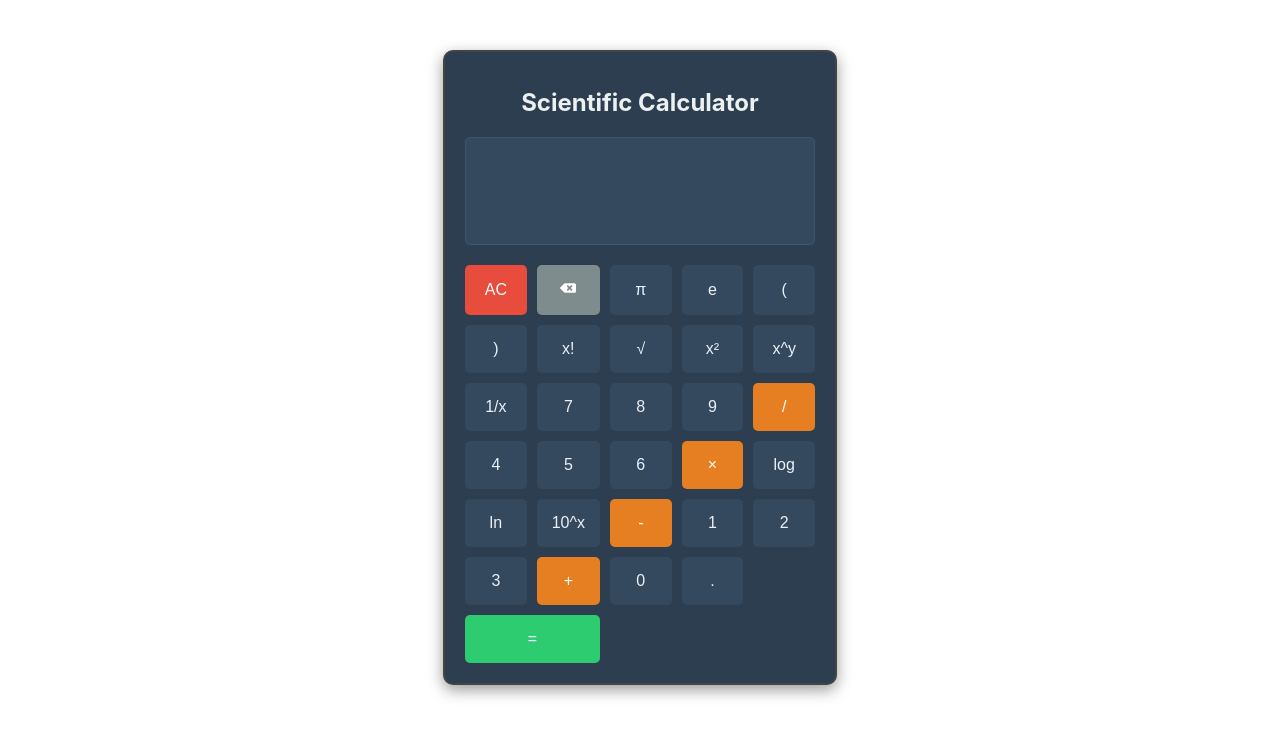
Repository: thesaherriaz/Calculator-React
Page: /
These files come from the project's save history. The page is drawn as it stood at one moment and after the next save; the edit follows.
The browser window is 1280 px wide. The pictures show the whole page.
The project was rebuilt for these pictures with package versions that can differ from the ones it lists, and the page was loaded fresh each time.

Above is the page before, as saved 2025-06-20 12:41:54.

After the next save:
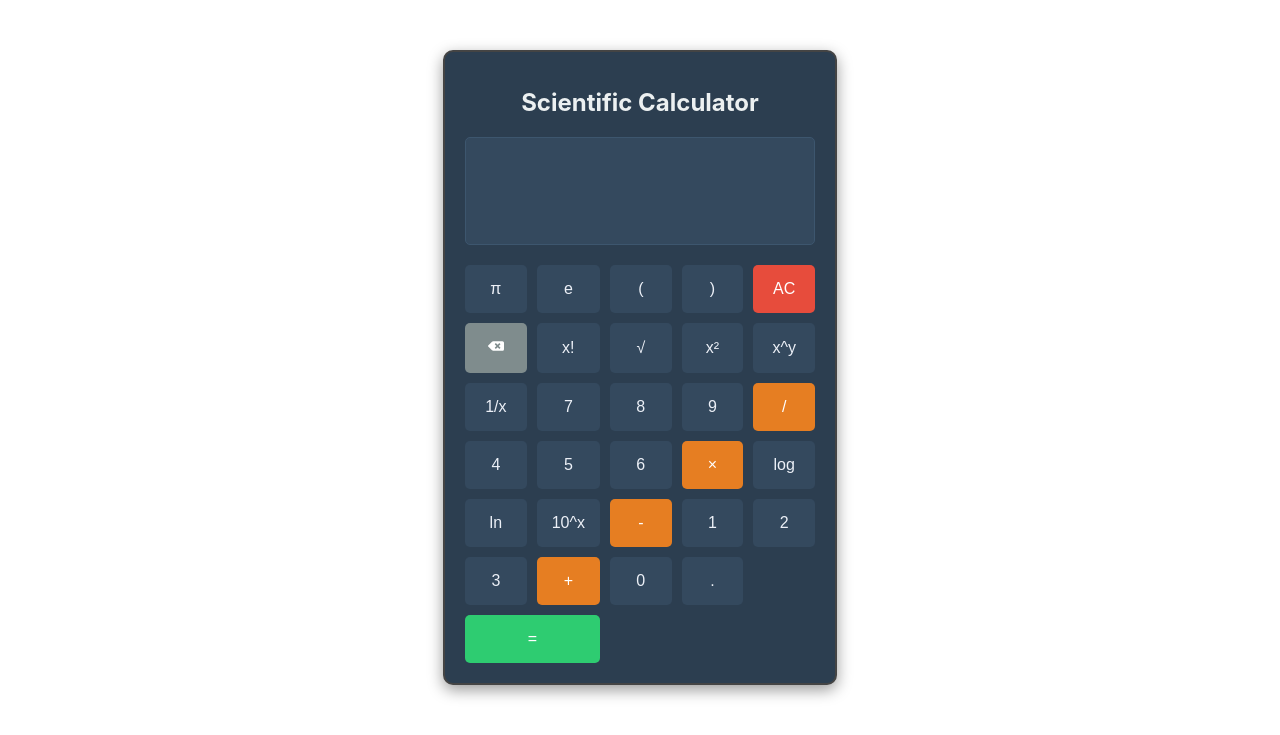
Saved 23 s later.
--- a/src/compnents/Calculator.jsx
+++ b/src/compnents/Calculator.jsx
@@ -64,12 +64,12 @@ function Calculator() {
                 <div className="result">{result}</div>
             </div>
             <div className="buttons">
-                <button onClick={() => handleClick('AC')} className="clear">AC</button>
-                <button onClick={() => handleClick('DEL')} className="delete"><FaBackspace /></button>
                 <button onClick={() => handleClick('π')}>π</button>
                 <button onClick={() => handleClick('e')}>e</button>
                 <button onClick={() => handleClick('(')}>(</button>
                 <button onClick={() => handleClick(')')}>)</button>
+                <button onClick={() => handleClick('AC')} className="clear">AC</button>
+                <button onClick={() => handleClick('DEL')} className="delete"><FaBackspace /></button>
 
                 <button onClick={() => handleClick('x!')}>x!</button>
                 <button onClick={() => handleClick('√')}>√</button>
